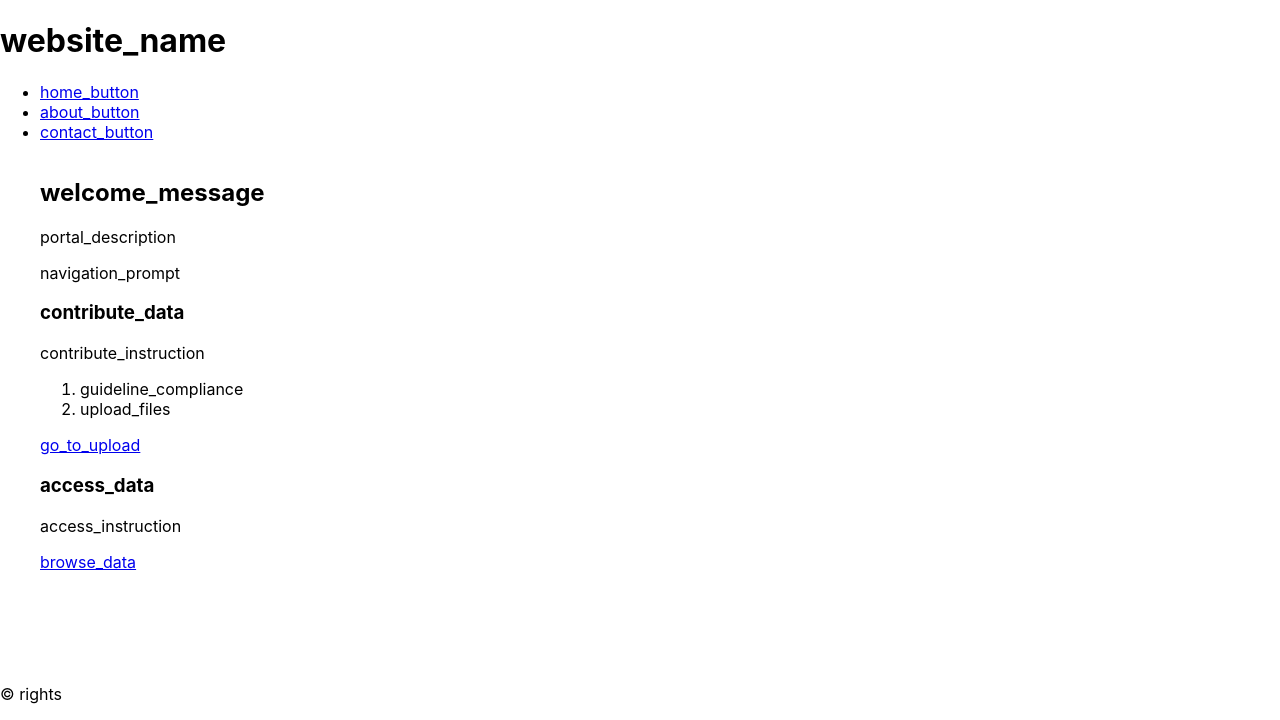
Repository: Oren93/sign_lang_data
Page: / (app in frontend/)
An editor plug-in stored every save of this project. The page is shown before and after the next save, followed by the edit.
The browser window is 1280 px wide. The pictures show the whole page.
The project was rebuilt for these pictures with package versions that can differ from the ones it lists, and the page was loaded fresh each time. Also part of the build but not shown: frontend/vite.config.ts, frontend/src/pages/About.tsx, frontend/src/pages/Contact.tsx, frontend/src/styles/Recorder.css, frontend/src/components/RecorderContent.js, frontend/src/components/Recorder.js, frontend/src/components/ErrorMessage.jsx, frontend/src/components/Login.jsx and 1 more.

Above is the page before, as saved 2024-06-20 18:36:16.

After the next save:
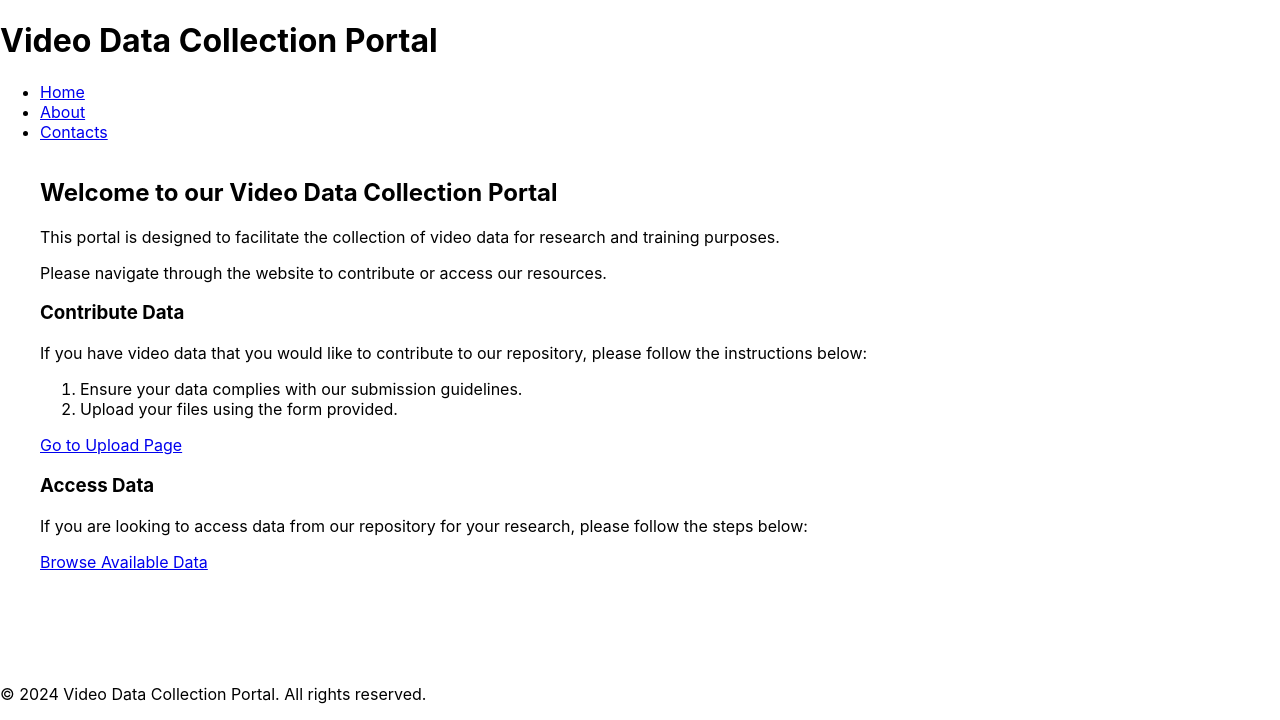
Saved 4 min 29 s later.
--- a/frontend/src/index.js
+++ b/frontend/src/index.js
@@ -4,12 +4,16 @@ import "./styles/index.css";
 import App from "./App";
 import reportWebVitals from "./reportWebVitals";
 import { UserProvider } from "./context/UserContext";
+import { I18nextProvider } from 'react-i18next';
+import i18n from './i18n'; // Ensure this import is here to initialize i18n
 
 ReactDOM.render(
   <React.StrictMode>
-    <UserProvider>
-      <App />
-    </UserProvider>
+    <I18nextProvider i18n={i18n}>
+      <UserProvider>
+        <App />
+      </UserProvider>
+    </I18nextProvider>
   </React.StrictMode>,
   document.getElementById("root")
 );
